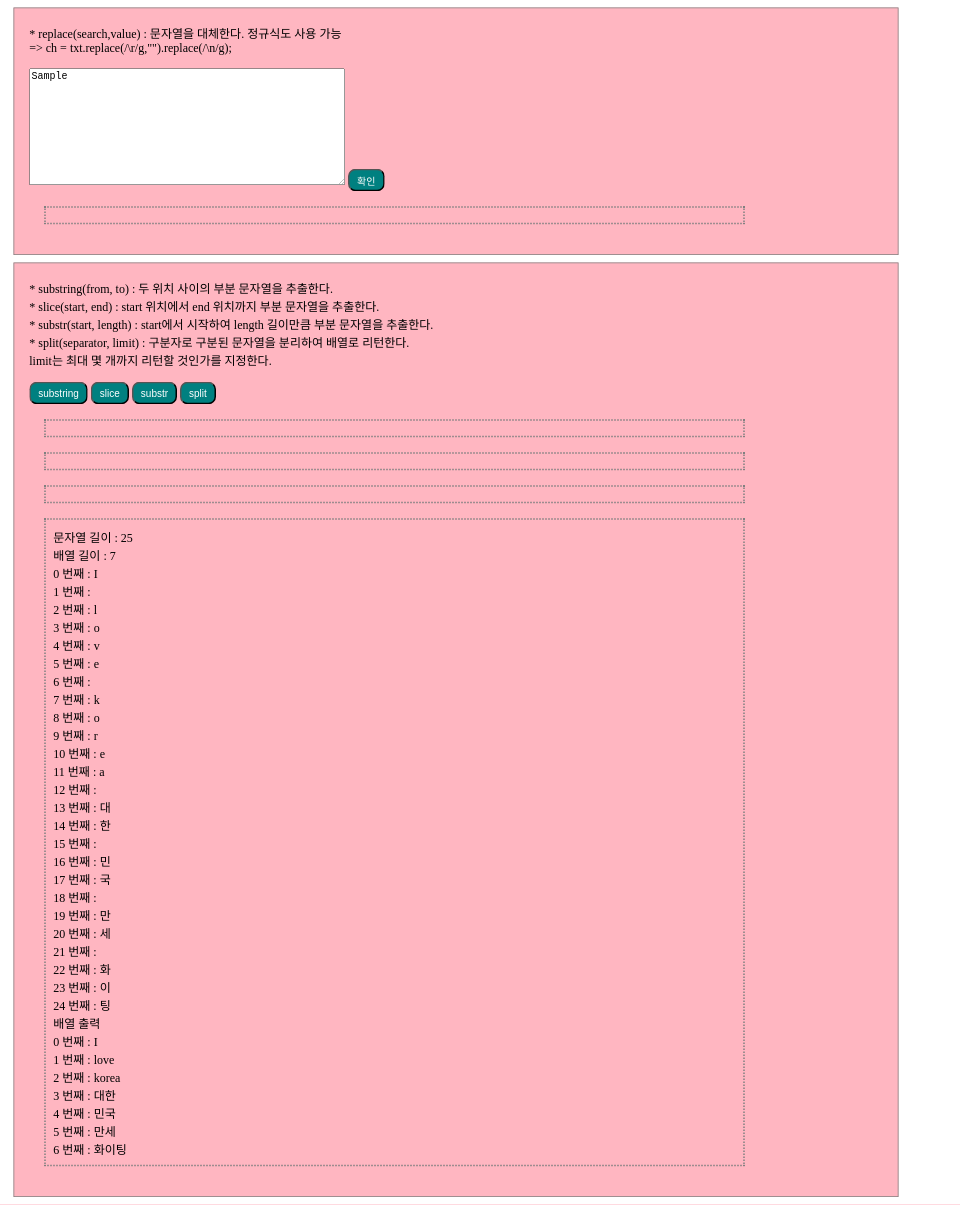
Repository: jeje0130/html
Page: webpro/WebContent/0119/String객체2.html
These files come from the project's save history. The page is drawn as it stood at one moment and after the next save; the edit follows.
The browser window is 1280 px wide. The pictures show the whole page, at 75% of full size.
Empty fields were first filled with sample values (such as "Sample", 5 or name@example.com).
After loading, the first visible `input[onclick="proc5()"]` was clicked once.

Above is the page before, as saved 2021-01-19 03:28:36.

After the next save:
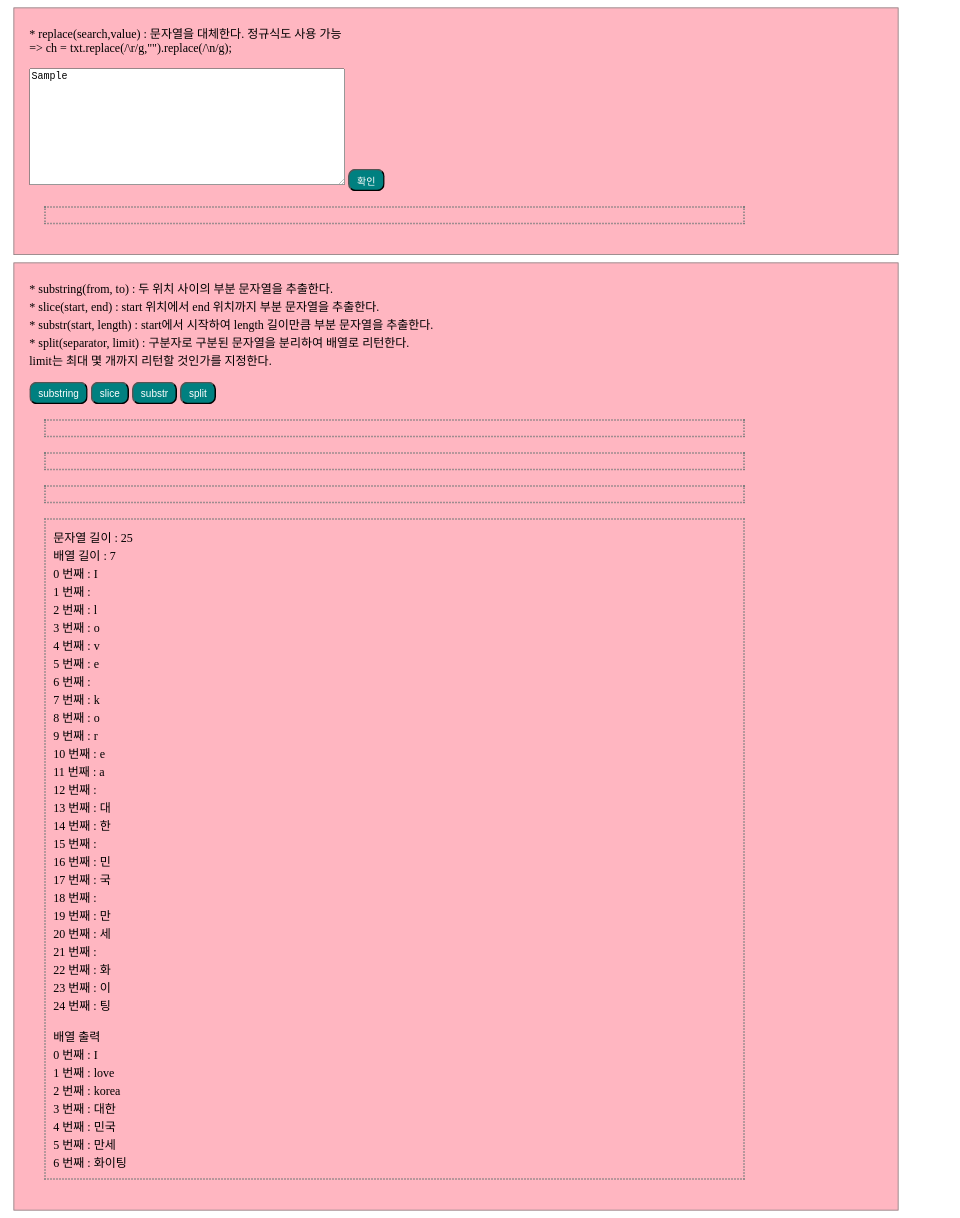
Saved 53 s later.
--- a/webpro/WebContent/0119/String객체2.html
+++ b/webpro/WebContent/0119/String객체2.html
@@ -75,7 +75,7 @@ function proc5() {
 	for (i = 0;  i< str.length; i++) {
 		res += `${i} 번째 : ${str[i]} <br>`
 	}
-	res += "배열 출력 <br>";
+	res += "<br>배열 출력 <br>";
 	for (i = 0;  i< arr.length; i++) {
 		res += `${i} 번째 : ${arr[i]} <br>`
 	}
